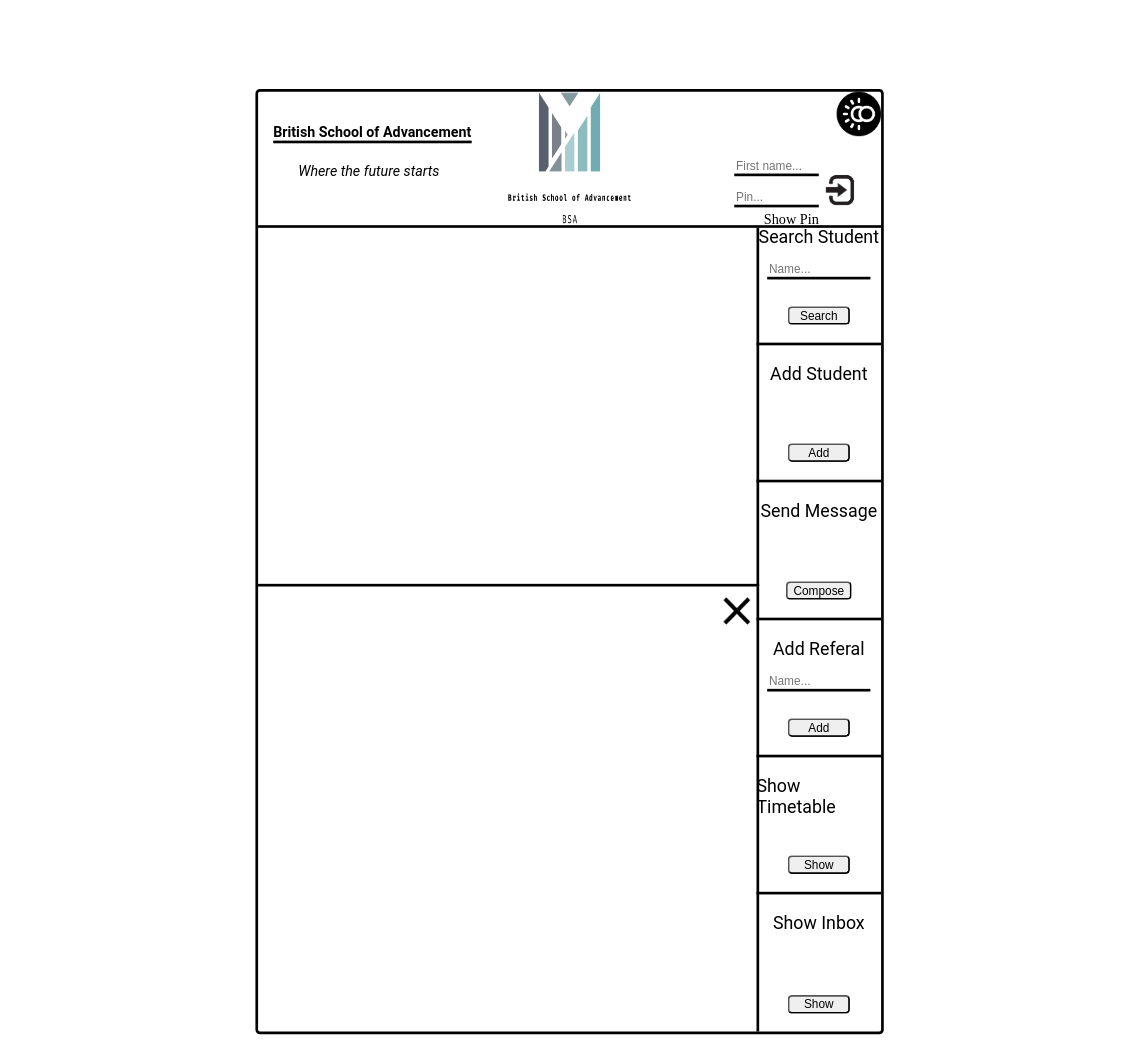
Repository: ghend99/Guardian-Application
Page: index.html
These files come from the project's save history. The page is drawn as it stood at one moment and after the next save; the edit follows.
The browser window is 1280 px wide. The pictures show the whole page, at 89% of full size.

Above is the page before, as saved 2023-06-06 09:13:20.

After the next save:
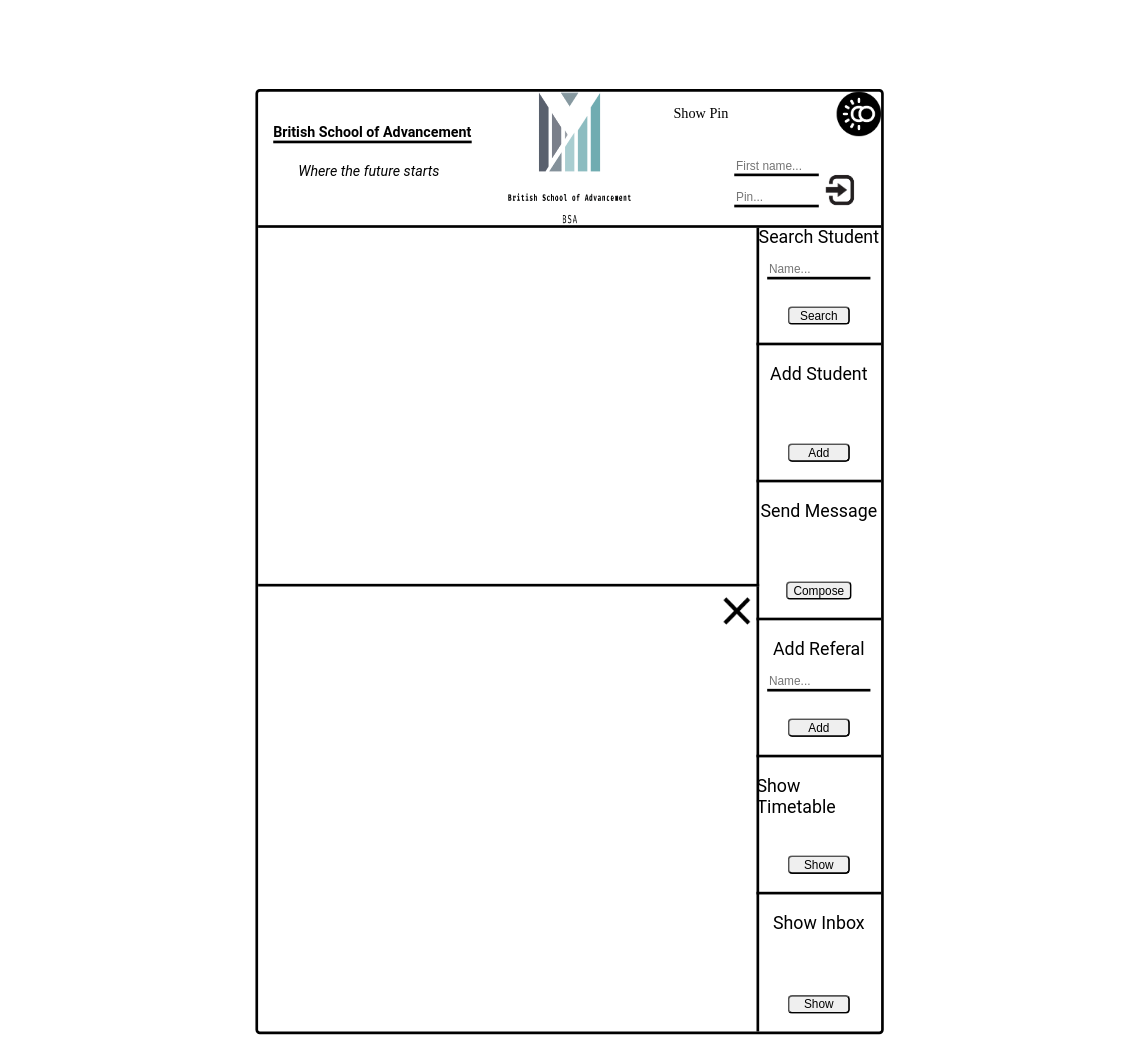
Saved 80 s later.
--- a/style.css
+++ b/style.css
@@ -97,7 +97,7 @@
   right: 10%;
 }
 
-#show-password-header {
+#show-pin-header {
   position: absolute;
   top: 135px;
   right: 10%;

After the save that followed:
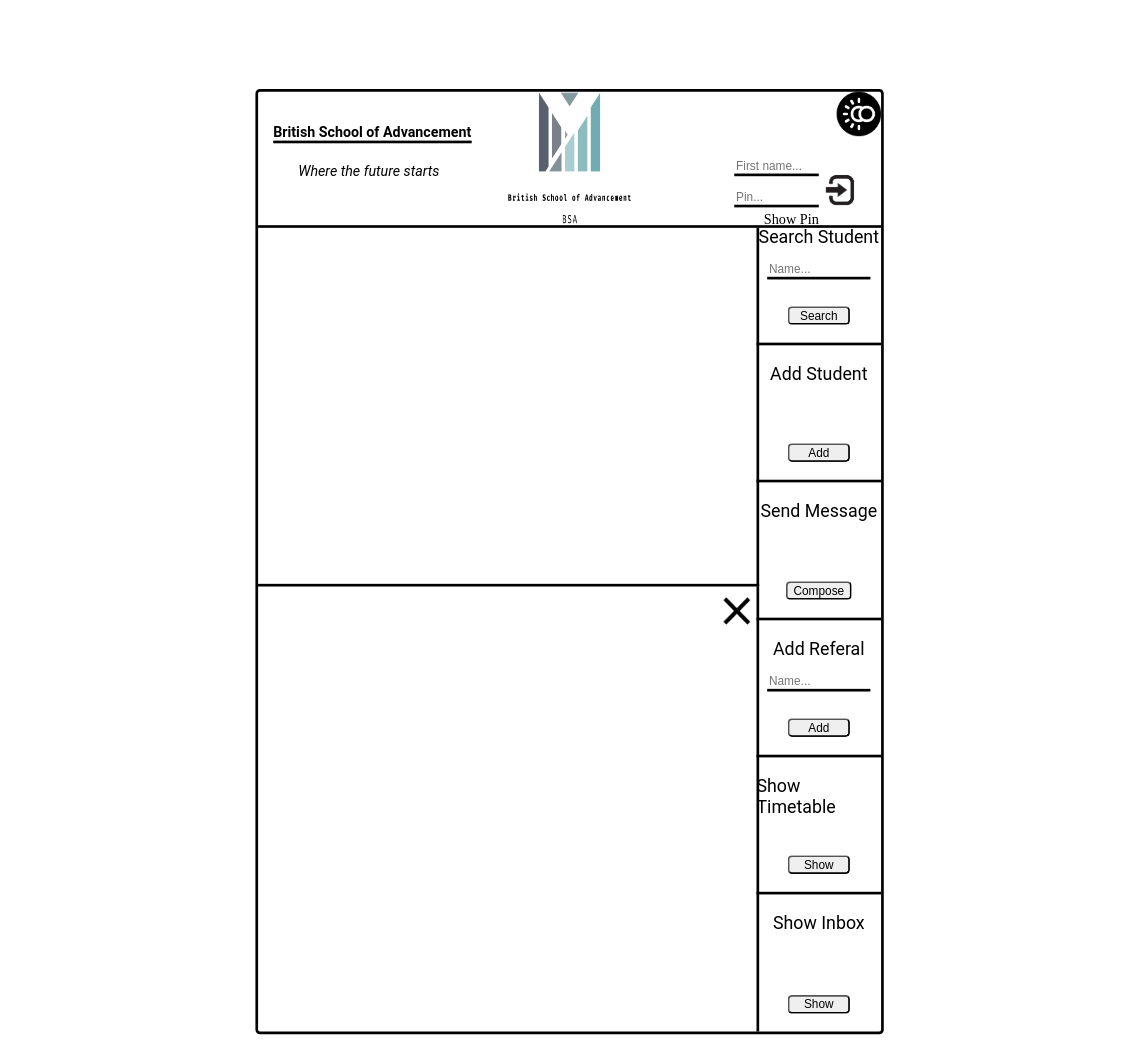
Saved 6 s later.
--- a/index.html
+++ b/index.html
@@ -34,7 +34,7 @@
             placeholder="Pin..."
             type="password"
           />
-          <p id="show-password-header">Show Pin</p>
+          <p id="show-pin-header">Show Pin</p>
           <img
             id="header-login-button"
             class="login-button"
